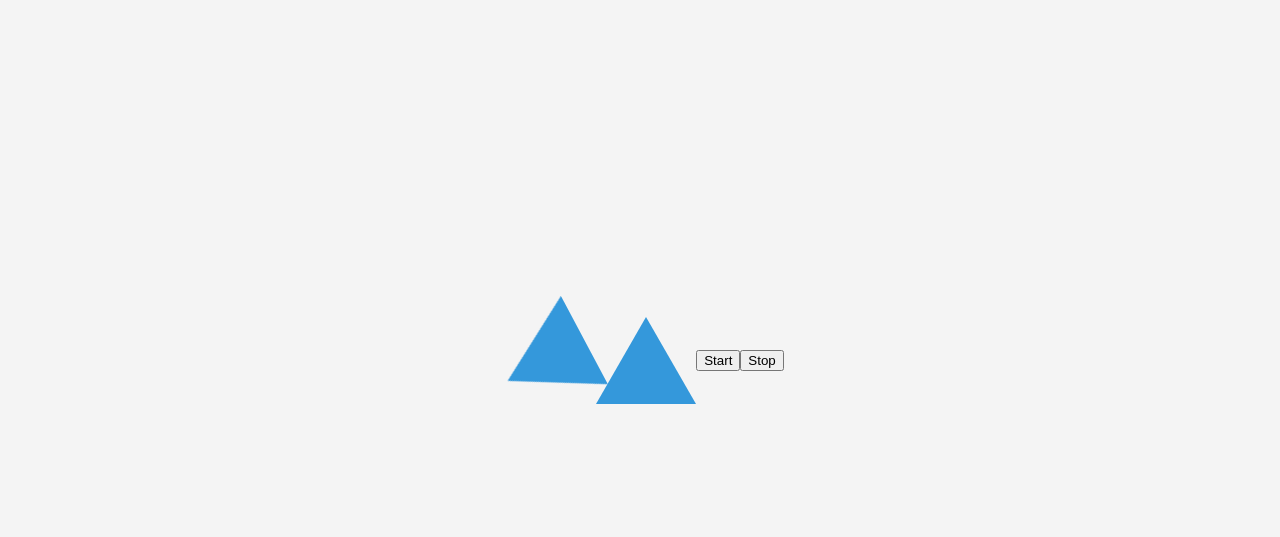
Repository: boshi-an/Isorhythm
Page: .vscode/Isorhythm/index.html
An editor plug-in stored every save of this project. The page is shown before and after the next save, followed by the edit.
The browser window is 1280 px wide. The pictures show the whole page.

Above is the page before, as saved 2023-10-18 17:26:53.

### .vscode/Isorhythm/index.html
<!DOCTYPE html>
<html lang="en">

<head>
    <meta charset="UTF-8">
    <meta name="viewport" content="width=device-width, initial-scale=1.0">
    <title>Rotating Circles</title>
    <link rel="stylesheet" href="styles.css">
</head>

<body>
    <div class="triangle" id="triangle1"></div>
    <div class="triangle" id="triangle2"></div>
    <button id="startBtn">Start</button>
    <button id="stopBtn">Stop</button>
    <script src="script.js"></script>
</body>

</html>

### .vscode/Isorhythm/styles.css
body {
    display: flex;
    justify-content: center;
    align-items: center;
    height: 100vh;
    background-color: #f4f4f4;
    overflow: hidden;
    margin: 0;
}

.triangle {
    width: 0;
    height: 0;
    border-left: 50px solid transparent;
    border-right: 50px solid transparent;
    border-bottom: 87px solid #3498db;
    will-change: transform;
    transform-origin: 50% 50%;
}

### .vscode/Isorhythm/script.js
let angle = 0;

function rotateTriangle() {
    const triangle = document.querySelector('.triangle');
    angle = (angle + 2) % 360;
    triangle.style.transform = `rotate(${angle}deg)`;
    requestAnimationFrame(rotateTriangle);
}

rotateTriangle();

After the next save:
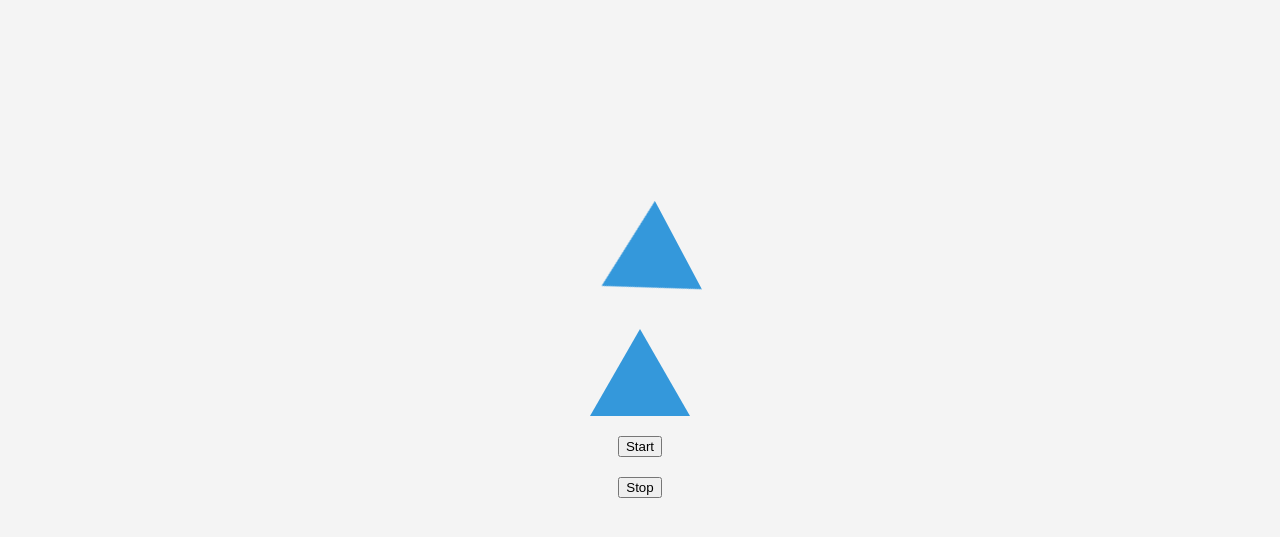
Saved 13 s later.
--- a/.vscode/Isorhythm/styles.css
+++ b/.vscode/Isorhythm/styles.css
@@ -2,11 +2,14 @@ body {
     display: flex;
     justify-content: center;
     align-items: center;
+    flex-direction: column;
     height: 100vh;
     background-color: #f4f4f4;
     overflow: hidden;
     margin: 0;
+    gap: 20px;
 }
+
 
 .triangle {
     width: 0;
@@ -17,3 +20,19 @@ body {
     will-change: transform;
     transform-origin: 50% 50%;
 }
+
+.circle {
+    width: 100px;
+    height: 100px;
+    border-radius: 50%;
+    will-change: transform;
+    transform-origin: 50% 50%;
+}
+
+#circle1 {
+    background-color: #3498db;
+}
+
+#circle2 {
+    background-color: #e74c3c;
+}
